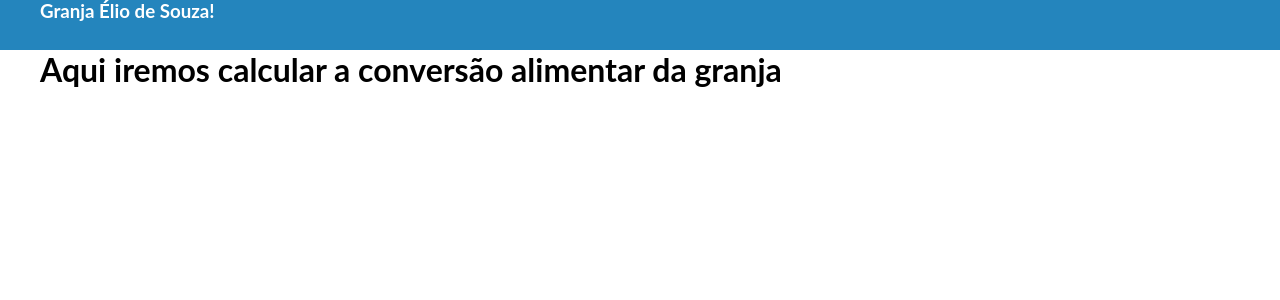
Repository: JoaoNahid/adminSystem
Page: /home (app in client/)
An editor plug-in stored every save of this project. The page is shown before and after the next save, followed by the edit.
The browser window is 1280 px wide. The pictures show the whole page.
The project was rebuilt for these pictures with package versions that can differ from the ones it lists, and the page was loaded fresh each time. Also part of the build but not shown: client/src/App.css, client/src/routes/login.js, client/src/routes/cadastro.js, client/src/routes/404.js.

Above is the page before, as saved 2022-04-20 21:21:36.

After the next save:
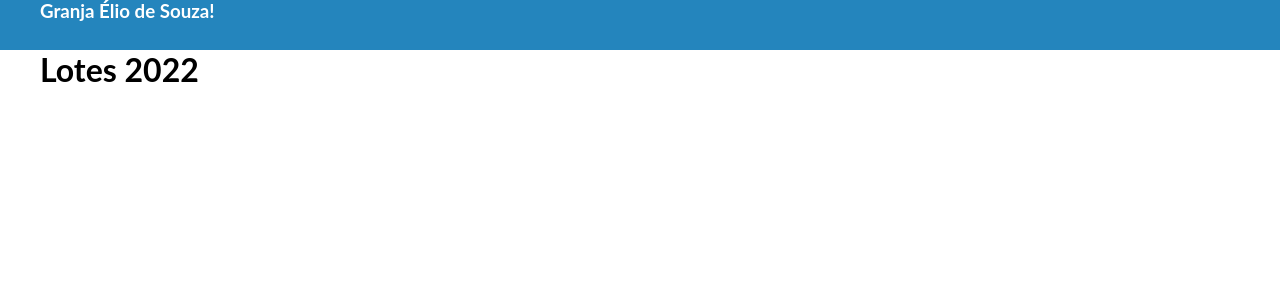
Saved 42 s later.
--- a/client/src/routes/home.js
+++ b/client/src/routes/home.js
@@ -19,10 +19,13 @@ export default function Home(){
     return(
         <div>
             <div className="container">
+                <h1>Lotes 2022</h1>
                 <div id="gridLotes">
+                    <div className="boxLote">
+
+                    </div>
 
                 </div>
-                <h1>Aqui iremos calcular a conversão alimentar da granja</h1>
 
             </div>
         </div>
